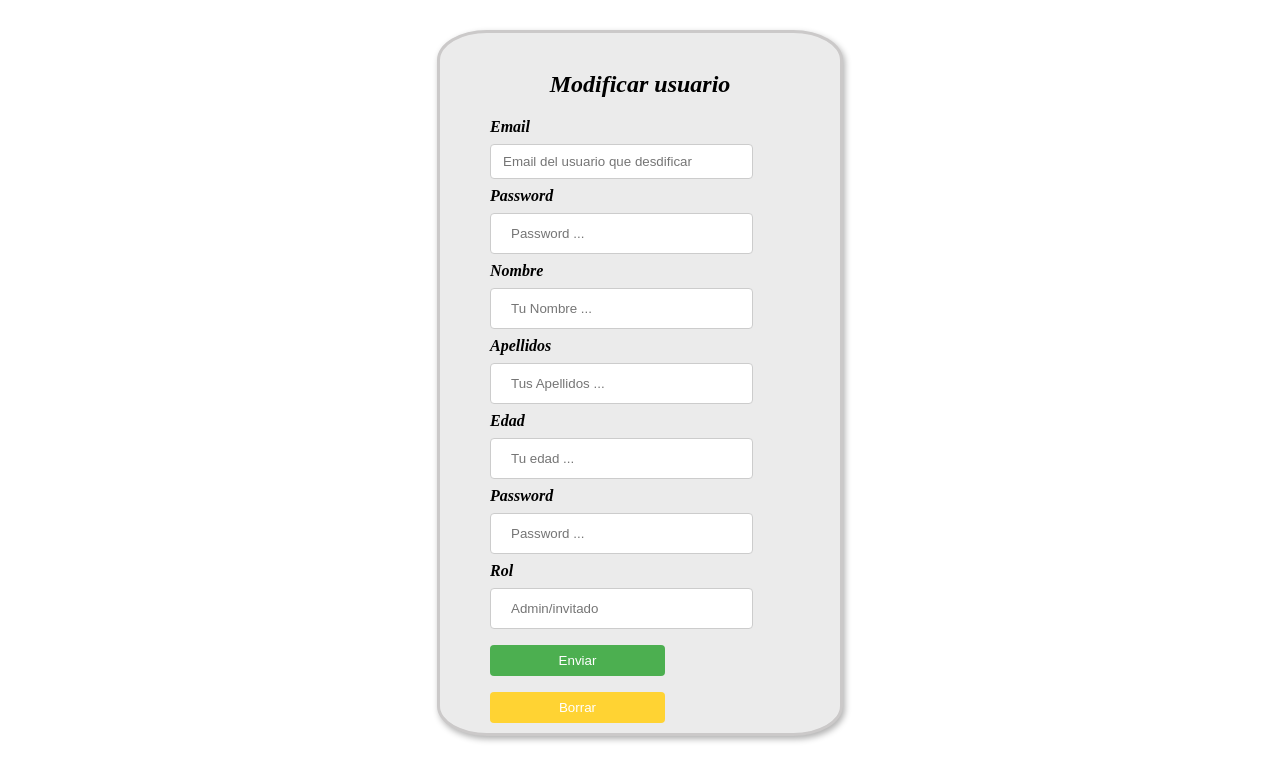
Repository: nachmz42/ProyectoJoker
Page: http://localhost/Joker/modificarusuario.jsp
These files come from the project's save history. The page is drawn as it stood at one moment and after the next save; the edit follows.
The browser window is 1280 px wide. The pictures show the whole page.
The page is served by Tomcat 9.

Above is the page before, as saved 2021-07-02 11:14:38.

After the next save:
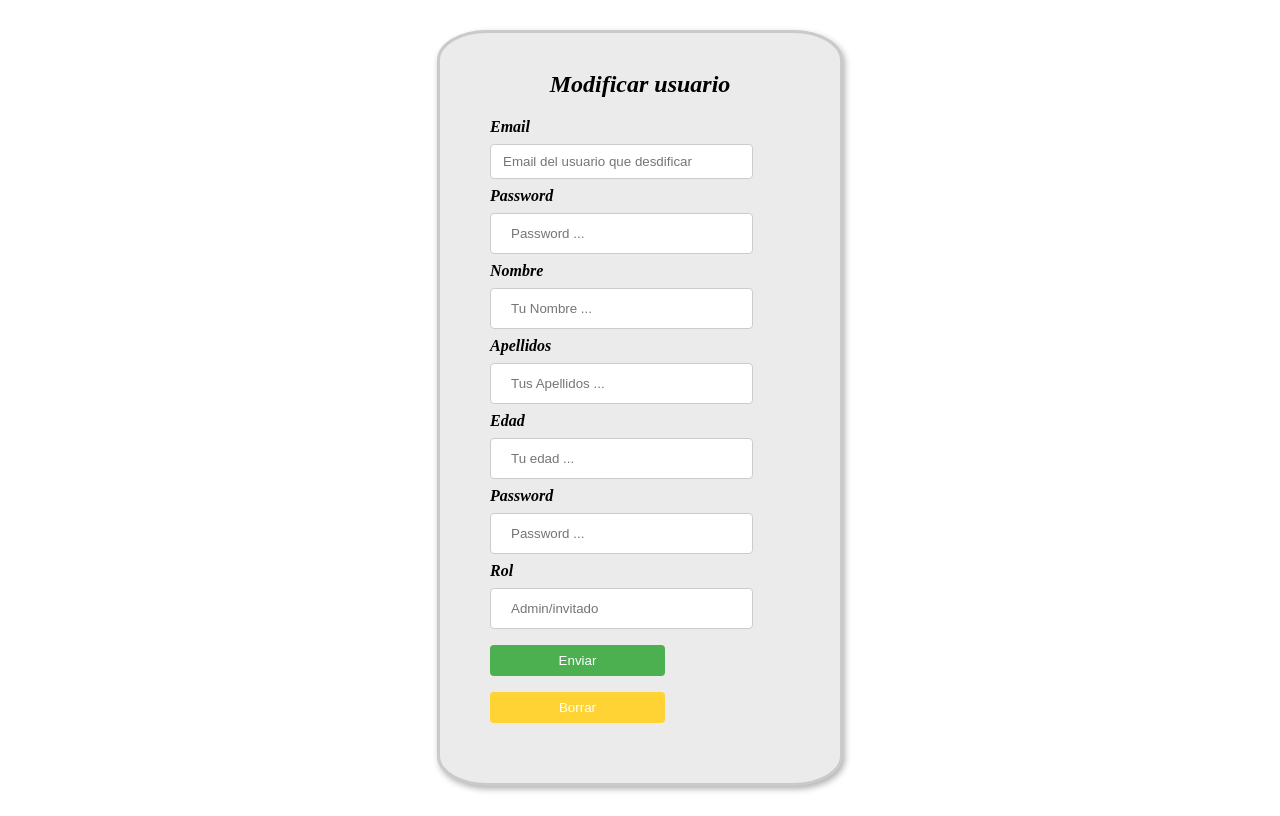
Saved 16 s later.
--- a/Joker/src/main/webapp/STYLE/css/modificarusuario.css
+++ b/Joker/src/main/webapp/STYLE/css/modificarusuario.css
@@ -51,7 +51,7 @@ input[type=reset] {
 .testbox {
 	margin: 30px auto;
 	width: 400px;
-	height: 700px;
+	height: 750px;
 	-webkit-border-radius: 50px/30px;
 	-moz-border-radius: 50px/30px;
 	border-radius: 50px/30px;
